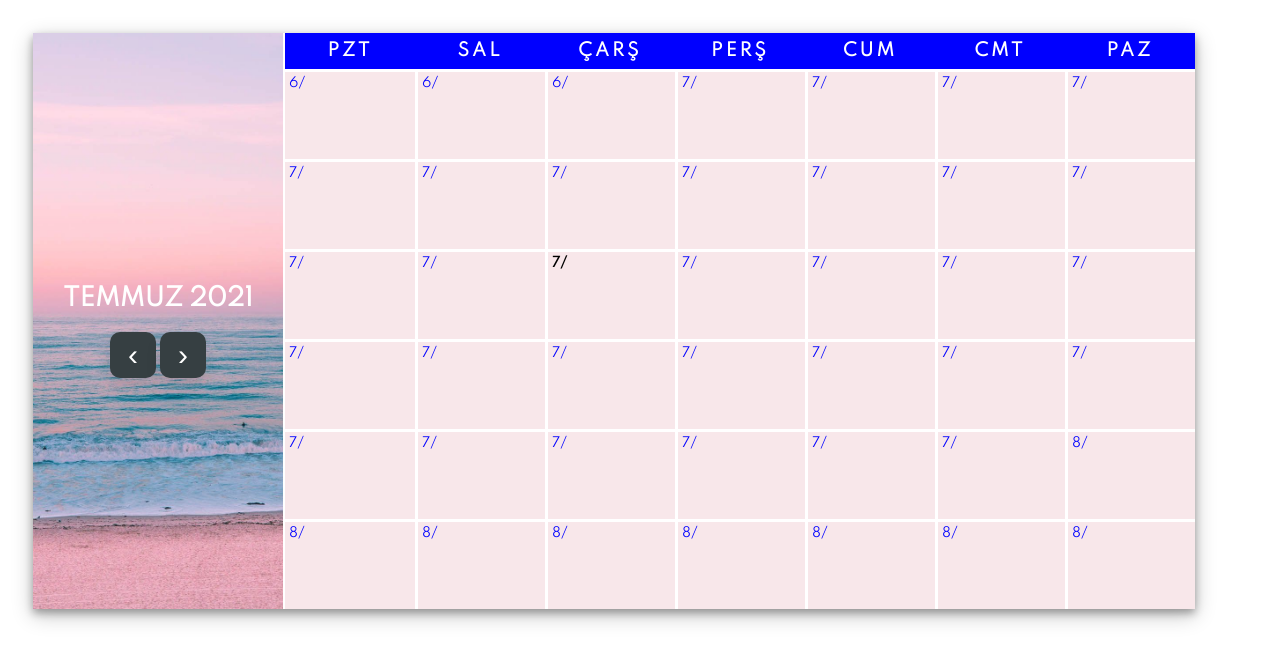
Repository: ahmetbugraozcan/javascript-calendar
Page: tablo.html
These files come from the project's save history. The page is drawn as it stood at one moment and after the next save; the edit follows.
The browser window is 1280 px wide. The pictures show the whole page.

Above is the page before, as saved 2021-07-14 12:50:25.

### tablo.html
<!DOCTYPE html>
<html lang="en">

<head>
    <link href='https://fonts.googleapis.com/css?family=Spartan' rel='stylesheet' type='text/css'>

    <meta charset="UTF-8">
    <meta http-equiv="X-UA-Compatible" content="IE=edge">
    <meta name="viewport" content="width=device-width, initial-scale=1.0">
    <title>Document</title>
</head>
<!--pazartesi salı çarş... için arrayler oluştur. arraylere göre günleri yerleştir.-->
<!--Veritabanı için dizi içinden kontroledivez. örneğin pazartesi[1] değeri 12 mayıs 2021 e eşitse databasede bununla eşleşen değeri getir
    ardından pazartesi[1] e eşdeğer olan id'li divin içeriği değişecek.-->

<style>
    /*bu rengi rgb(109, 109, 109) deaktifler için  de kullanabiliriz*/
    :root {
        /*üssttekilerden borderi al*/
        --border: 3.8px solid white;
        /* --border: 3.5px solid rgb(109, 109, 109);  */
        --backgroundcolor: #F8E7EA;
        /* --containercolor: #cc3c37; */
        /* --containercolor: rgb(196, 180, 180); */
        --containercolor: white;
    }

    body {
        font-family: 'Spartan', sans-serif;
    }

    * {
        box-sizing: border-box;
    }

    .days {
        background-color: blue;
        padding: 8px;
        color: white;
        letter-spacing: 3px;
        font-weight: bold;
        font-size: 17px;

    }

    .days,
    h2 {

        text-align: center;
    }


    .cell-last {

        border: none;
    }

    .cell-top {

        border-top: var(--border);
    }

    .button {
        /* butonları uzaklaştırıyor margin: 10px; */
        box-shadow: 0px white;
        font-size: 30px;
        background-color: #363f42;
        /* Green */
        border: none;
        border-radius: 10px;
        color: white;
        padding: 6px 18px;
        text-align: center;
        text-decoration: none;
        display: inline-block;
        box-shadow: 0px 8px 15px rgba(0, 0, 0, 0.1);
        transition: all 0.3s ease 0s;
        cursor: pointer;
    }

    .button:hover {
        background-color: #dce0dc;
        color: black;
        box-shadow: 0px 15px 20px rgba(209, 228, 220, 0.4);

        transform: translateY(-7px);
    }

    /* her hücre*/
    .cell,
    .cell-top,
    .cell-last {
        padding: 4px;
        cursor: pointer;
        background-color: var(--backgroundcolor);
        color: black;
        text-align: left;
        font-size: 13px;
        padding-right: 5px;
        text-overflow: clip;
        white-space: nowrap;
        overflow: hidden;
        border-top: var(--border);
        border-left: var(--border);
        width: 130px;
        height: 90px;
    }


    /*tablonun kendisi*/
    .calendar {

        box-shadow: 0 4px 8px 0 rgba(0, 0, 0, 0.3), 0 6px 20px 0 rgba(0, 0, 0, 0.24);
        margin: 25px;
        /* padding-right: 20px; #f26430; */
        overflow: hidden;
        display: flex;
        width: fit-content;
        background-color: var(--containercolor);
    }


    .container {
        align-content: center;
        align-self: center;
        display: flex;
        width: fit-content;
        flex-direction: row;
    }

    .not-defteri-header {

        justify-content: center;
        flex-direction: row;
        display: flex;
        align-items: center;
    }

    .calendar-header {
        /*default*/
        /* background-image: url('/images/ilkbahar.jpg'); */
        color: rgb(255, 255, 255);
        background-size: cover;
        margin-right: 2px;
        justify-content: center;
        width: 250px;
        flex-direction: column;
        display: flex;
        align-items: center;
    }

    .not-defteri {
        display: none;
        background-color: red;
        width: 350px;
    }
</style>

<body>

    <span class="container">
        <div class="calendar">
            <div class="calendar-header", id="calendar-header">
                <div>
                    <h2 id="currentDate"></h2>
                </div>
                <div>
                    <span>
                        <button type="button" class="button" id="next-button" onclick="previousDate()">
                            &#8249
                        </button>
                    </span>
                    <span>
                        <button class="button" id="previous-button" type="button" onclick="nextDate()">
                            &#8250
                        </button>
                    </span>
                </div>



            </div>
            <div>
                <div>
                    <div class="days">PZT</div>
                </div>
                <div class="cell-top" style="border-left: none;" id="pazartesi0">1</div>
                <div class="cell" style="border-left: none;" id="pazartesi1">1</div>
                <div class="cell" style="border-left: none;" id="pazartesi2">1</div>
                <div class="cell" style="border-left: none;" id="pazartesi3">1</div>
                <div class="cell" style="border-left: none;" id="pazartesi4">1</div>
                <div style="border-bottom: none; border-left: none;" class="cell" id="pazartesi5">1</div>
            </div>
            <div>
                <div>
                    <div class="days">SAL</div>
                </div>
                <div class="cell-top" id="sali0">1</div>
                <div class="cell" id="sali1">1</div>
                <div class="cell" id="sali2">1</div>
                <div class="cell" id="sali3">1</div>
                <div class="cell" id="sali4">1</div>
                <div style="border-bottom: none;" class="cell" id="sali5">1</div>
            </div>
            <div>
                <div>
                    <div class="days">ÇARŞ</div>
                </div>
                <div class="cell-top" id="carsamba0">1</div>
                <div class="cell" id="carsamba1">1</div>
                <div id="carsamba2" class="cell">1</div>
                <div id="carsamba3" class="cell">1</div>
                <div id="carsamba4" class="cell">1</div>
                <div style="border-bottom: none;" id="carsamba5" class="cell">1</div>
            </div>
            <div>
                <div>
                    <div class="days">PERŞ</div>
                </div>
                <div class="cell-top" id="persembe0">1</div>
                <div class="cell" id="persembe1">1</div>
                <div id="persembe2" class="cell">1</div>
                <div id="persembe3" class="cell">1</div>
                <div id="persembe4" class="cell">1</div>
                <div style="border-bottom: none;" id="persembe5" class="cell">1</div>
            </div>
            <div>
                <div>
                    <div class="days">CUM</div>
                </div>
                <div class="cell-top" id="cuma0">1</div>
                <div class="cell" id="cuma1">1</div>
                <div id="cuma2" class="cell">1</div>
                <div id="cuma3" class="cell">1</div>
                <div id="cuma4" class="cell">1</div>
                <div style="border-bottom: none;" id="cuma5" class="cell">1</div>
            </div>
            <div>
                <div>
                    <div class="days">CMT</div>
                </div>
                <div class="cell-top" id="cumartesi0">1</div>
                <div class="cell" id="cumartesi1">1</div>
                <div class="cell" id="cumartesi2">1</div>
                <div class="cell" id="cumartesi3">1</div>
                <div class="cell" id="cumartesi4">1</div>
                <div style="border-bottom: none;" class="cell" id="cumartesi5">1</div>

            </div>
            <div>

                <div>
                    <div class="days">PAZ</div>
                </div>
                <div id="pazar0" class="cell-top">1</div>
                <div id="pazar1" class="cell-last">1</div>
                <div id="pazar2" class="cell-last">1</div>
                <div id="pazar3" class="cell-last">1</div>
                <div id="pazar4" class="cell-last">1</div>
                <div style="border-bottom: none;" id="pazar5" class="cell-last">1</div>
            </div>
        </div>
        <div id="not-defteri" class="not-defteri">
            <div class="not-defteri-header">
                <h1>Yapılacaklar</h1>
                <button onclick="disableNotePad()">Kapat</button>
            </div>
            <div id="not-defteri-1"></div>
            <div id="not-defteri-2"></div>

        </div>
    </span>

    </body>

    <script src="takvim.js">
    </script>



</html>

### takvim.js
function daysInMonth(month, year) {
    return new Date(year, month, 0).getDate();
}


var currentDate = new Date();
var pazartesi = [];
var sali = [];
var carsamba = [];
var persembe = [];
var cuma = [];
var cumartesi = [];
var pazar = [];
var gunler = ["pazar", "pazartesi", "sali", "carsamba", "persembe", "cuma", "cumartesi"];
var baslanacakDate = new Date(currentDate.getFullYear(), currentDate.getMonth(), 1);
var currentMonth = baslanacakDate.getMonth();
var currentYear = baslanacakDate.getFullYear();

// document.getElementById("previous-button").onclick = previousDate();
// document.getElementById("next-button").onclick = nextDate();

fillCalendar();




function fillCalendar() {

    var firstDate = baslanacakDate.getDay();
    if (firstDate == 0) {
        firstDate = 7;
    }
    baslanacakDate.setDate((baslanacakDate.getDate()) - (firstDate));
    // var today = new Date();
    // var todayWithoutTime = new Date(today.getFullYear(), today.getMonth(), today.getDate() );



    for (let i = 1; i <= 42; i++) {
        baslanacakDate.setDate((baslanacakDate.getDate()) + (1));
        // bir tabloda 42 gün var o ayın kaç çektiğini bul bu aydan geriye kaç sayacağız ona bul bu aydan ileri kaç sayacağız onu bul ve ona göre bir date oluştur.
        //ardından bu for döngüsünü kullan

        // if(baslanacakDate.toDateString() ==  todayWithoutTime.toDateString()){
        //     console.log("bugün eşitlendi : " + i);
        //     counter = i;
        // }

        switch (baslanacakDate.getDay()) {
            case 0:
                pazar.push(baslanacakDate.toLocaleDateString());

                break;
            case 1:
                pazartesi.push(baslanacakDate.toLocaleDateString());
                break;
            case 2:
                sali.push(baslanacakDate.toLocaleDateString());
                break;
            case 3:
                carsamba.push(baslanacakDate.toLocaleDateString());
                break;

            case 4:
                persembe.push(baslanacakDate.toLocaleDateString());
                break;

            case 5:
                cuma.push(baslanacakDate.toLocaleDateString());
                break;

            case 6:
                cumartesi.push(baslanacakDate.toLocaleDateString());
                break;
        }
    }


    document.getElementById("currentDate").innerHTML = getMonthAsString(currentMonth) + " " + currentYear;
    for (let i = 0; i < 6; i++) {
        document.getElementById(`pazar${i}`).innerHTML = getDayAsString(pazar[i]);

        document.getElementById(`pazartesi${i}`).innerHTML = getDayAsString(pazartesi[i]);
        document.getElementById(`sali${i}`).innerHTML = getDayAsString(sali[i]);
        document.getElementById(`carsamba${i}`).innerHTML = getDayAsString(carsamba[i]);
        document.getElementById(`persembe${i}`).innerHTML = getDayAsString(persembe[i]);
        document.getElementById(`cuma${i}`).innerHTML = getDayAsString(cuma[i]);
        document.getElementById(`cumartesi${i}`).innerHTML = getDayAsString(cumartesi[i]);

        document.getElementById(`pazar${i}`).style.color = "#0000FF";
        document.getElementById(`pazar${i}`).style.fontWeight = "500";

        document.getElementById(`pazartesi${i}`).style.color = "#0000FF";
        document.getElementById(`pazartesi${i}`).style.fontWeight = "500";

        document.getElementById(`sali${i}`).style.color = "#0000FF";
        document.getElementById(`sali${i}`).style.fontWeight = "500";

        document.getElementById(`carsamba${i}`).style.color = "#0000FF";
        document.getElementById(`carsamba${i}`).style.fontWeight = "500";

        document.getElementById(`persembe${i}`).style.color = "#0000FF";
        document.getElementById(`persembe${i}`).style.fontWeight = "500";

        document.getElementById(`cuma${i}`).style.color = "#0000FF";
        document.getElementById(`cuma${i}`).style.fontWeight = "500";

        document.getElementById(`cumartesi${i}`).style.color = "#0000FF";
        document.getElementById(`cumartesi${i}`).style.fontWeight = "500";

        document.getElementById(`pazar${i}`).onclick = function (event) {
            testfunc(`pazar${i}`);
        }
        document.getElementById(`pazartesi${i}`).onclick = function (event) {
            testfunc(`pazartesi${i}`);
        }
        document.getElementById(`sali${i}`).onclick = function (event) {
            testfunc(`sali${i}`);
        }
        document.getElementById(`carsamba${i}`).onclick = function (event) {
            testfunc(`carsamba${i}`);
        }
        document.getElementById(`persembe${i}`).onclick = function (event) {
            testfunc(`persembe${i}`);
        }

        document.getElementById(`cuma${i}`).onclick = function (event) {
            testfunc(`cuma${i}`);
        }
        document.getElementById(`cumartesi${i}`).onclick = function (event) {
            testfunc(`cumartesi${i}`);
        }


        if (pazar[i] == currentDate.toLocaleDateString()) {

            document.getElementById(`pazar${i}`).style.color = "black";
            document.getElementById(`pazar${i}`).style.fontWeight = "bold";
        } else if (pazartesi[i] == currentDate.toLocaleDateString()) {

            document.getElementById(`pazartesi${i}`).style.color = "black";
            document.getElementById(`pazartesi${i}`).style.fontWeight = "bold";
        } else if (sali[i] == currentDate.toLocaleDateString()) {

            document.getElementById(`sali${i}`).style.color = "black";
            document.getElementById(`sali${i}`).style.fontWeight = "bold";
        } else if (carsamba[i] == currentDate.toLocaleDateString()) {
            document.getElementById(`carsamba${i}`).style.fontWeight = "bold";
            document.getElementById(`carsamba${i}`).style.color = "black";
        } else if (persembe[i] == currentDate.toLocaleDateString()) {
            document.getElementById(`persembe${i}`).style.fontWeight = "bold";
            document.getElementById(`persembe${i}`).style.color = "black";
        } else if (cuma[i] == currentDate.toLocaleDateString()) {
            document.getElementById(`cuma${i}`).style.fontWeight = "bold";
            document.getElementById(`cuma${i}`).style.color = "black";
        } else if (cumartesi[i] == currentDate.toLocaleDateString()) {
            document.getElementById(`cumartesi${i}`).style.fontWeight = "bold";
            document.getElementById(`cumartesi${i}`).style.color = "black";
        }


        //-----------------------------------------------------------------
        // if (!isFromThisMonth(pazar[i])) {
        //     document.getElementById(`pazar${i}`).style.backgroundColor = "white";
        // } else {
        //     document.getElementById(`pazar${i}`).style.backgroundColor = "#303536"
        // }
        // if (!isFromThisMonth(pazartesi[i])) {
        //     document.getElementById(`pazartesi${i}`).style.backgroundColor = "white";
        // } else {
        //     document.getElementById(`pazartesi${i}`).style.backgroundColor = "#303536"
        // }
        // if (!isFromThisMonth(sali[i])) {
        //     document.getElementById(`sali${i}`).style.backgroundColor = "white";
        // } else {
        //     document.getElementById(`sali${i}`).style.backgroundColor = "#303536"
        // }
        // if (!isFromThisMonth(carsamba[i])) {
        //     document.getElementById(`carsamba${i}`).style.backgroundColor = "white";
        // } else {
        //     document.getElementById(`carsamba${i}`).style.backgroundColor = "#303536"
        // }
        // if (!isFromThisMonth(persembe[i])) {
        //     document.getElementById(`persembe${i}`).style.backgroundColor = "white";
        // } else {
        //     document.getElementById(`persembe${i}`).style.backgroundColor = "#303536"
        // }
        // if (!isFromThisMonth(cuma[i])) {
        //     document.getElementById(`cuma${i}`).style.backgroundColor = "white";
        // } else {
        //     document.getElementById(`cuma${i}`).style.backgroundColor = "#303536"
        // }
        // if (!isFromThisMonth(cumartesi[i])) {
        //     document.getElementById(`cumartesi${i}`).style.backgroundColor = "white";
        // } else {
        //     document.getElementById(`cumartesi${i}`).style.backgroundColor = "#303536"
        // }
    }

    setBackgroundImage();

}

//  function isFromThisMonth(yollanandate) {
//         console.log(Date(pazar[0]));
//         if (Date(yollanandate).getMonth() != currentMonth) {
//             return false;
//         } else {
//             return true;
//         }
//     }
function disableNotePad() {
    var notePad = document.getElementById("not-defteri");
    notePad.style.display = "none";
}

function testfunc(text) {
    var list = document.getElementById("not-defteri");
    var paragraf1 = document.getElementById("not-defteri-1");
    var paragraf2 = document.getElementById("not-defteri-2");
    list.style.display = "block";
    paragraf1.innerHTML = `${text}`;
    paragraf2.innerHTML = `${text}`;
    // while (list.hasChildNodes()) {
    //     list.removeChild(list.firstChild);
    // }
    // var element = document.createElement("div"); // Create a <p> node
    // var yapilacaklar= document.createTextNode(`${text}-${currentMonth}-${currentYear}  yapılacaklar`);


    // var x = document.createElement("div"); // Create a <p> node
    // var t = document.createTextNode(`${text}`);
    // element.appendChild(yapilacaklar);
    // x.appendChild(t);
    // list.appendChild(element);
    // list.appendChild(x);

    //databaseye birşeyler eklerken key olarak bu text değeri + yıl ay olarak ekleriz örneğin pazartesi[4] value olarak da valuesunu yollarız ve çekerken de bu key değerine göre çekeriz

}

function previousDate() {

    pazar = [];
    pazartesi = [];
    sali = [];
    carsamba = [];
    persembe = [];
    cuma = [];
    cumartesi = [];
    if (currentMonth > 0) {
        currentMonth--;
    } else {
        currentMonth = 11;
        currentYear--;
    }
    baslanacakDate = new Date(currentYear, currentMonth, 1);
    fillCalendar();


}

function getDayAsString(string) {
    var donulecekString = "";
    if (string[0] == 0) {} else {
        donulecekString += string[0];
    }
    donulecekString += string[1];
    return donulecekString;
}





function getMonthAsString(date) {
    switch (date) {
        case 0:
            return "OCAK";
        case 1:
            return "ŞUBAT";
        case 2:
            return "MART";
        case 3:
            return "NİSAN";
        case 4:
            return "MAYIS";
        case 5:
            return "HAZİRAN";
        case 6:
            return "TEMMUZ";
        case 7:
            return "AĞUSTOS";
        case 8:
            return "EYLÜL";
        case 9:
            return "EKİM";
        case 10:
            return "KASIM";
        case 11:
            return "ARALIK";
    }
}

function setBackgroundImage() {
    var doc = document.getElementById("calendar-header");
    console.log("bu ay : " + currentMonth)


    switch (currentMonth) {
        // case 6:
        //     console.log("tekli girdik");
        //     document.getElementById("calendar-header").style.backgroundImage= "url('/images/yaz.jpg')";
        // break;
        case 11:
        case 0:
        case 1:
            console.log("kis durumuna girdik");
            doc.style.backgroundImage = "url('/images/kis.png')";
            break;
        case 2:
        case 3:
        case 4:
            console.log("ilkbahar durumuna girdik");
            doc.style.backgroundImage = "url('/images/ilkbahar.jpg')";
            break;
        case 5:
        case 6:
        case 7:
            console.log("yaz durumuna girdik");
            doc.style.backgroundImage = "url('/images/yaz.jpg')";
            break;
        case 8:
        case 9:
        case 10:
            console.log("sonbahar durumuna girdik");
            doc.style.backgroundImage = "url('/images/sonbahar.jpg')";
            break;

    }
}

function nextDate() {

    pazar = [];
    pazartesi = [];
    sali = [];
    carsamba = [];
    persembe = [];
    cuma = [];
    cumartesi = [];
    if (currentMonth < 11) {
        currentMonth++;
    } else {
        currentMonth = 0;
        currentYear++;
    }
    baslanacakDate = new Date(currentYear, currentMonth, 1);
    fillCalendar();

}

After the next save:
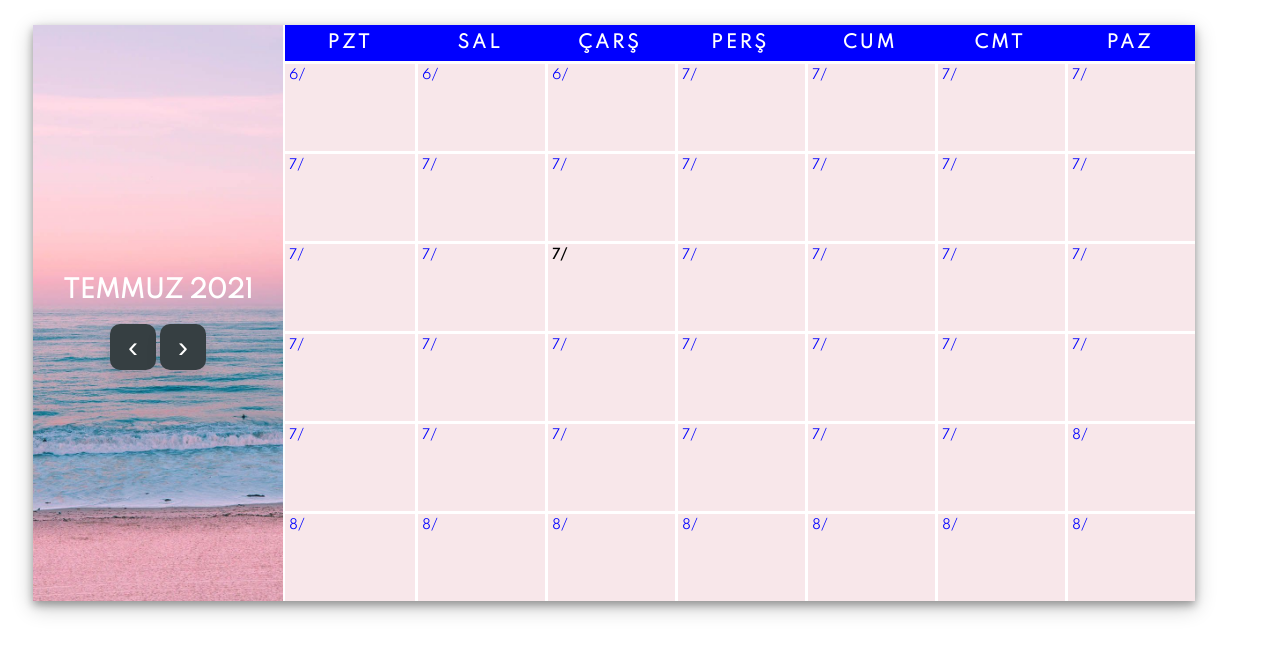
Saved 56 s later.
--- a/tablo.html
+++ b/tablo.html
@@ -121,9 +121,8 @@
 
 
     .container {
-        align-content: center;
-        align-self: center;
-        display: flex;
+
+        display: block;
         width: fit-content;
         flex-direction: row;
     }

After the 5 saves that followed:
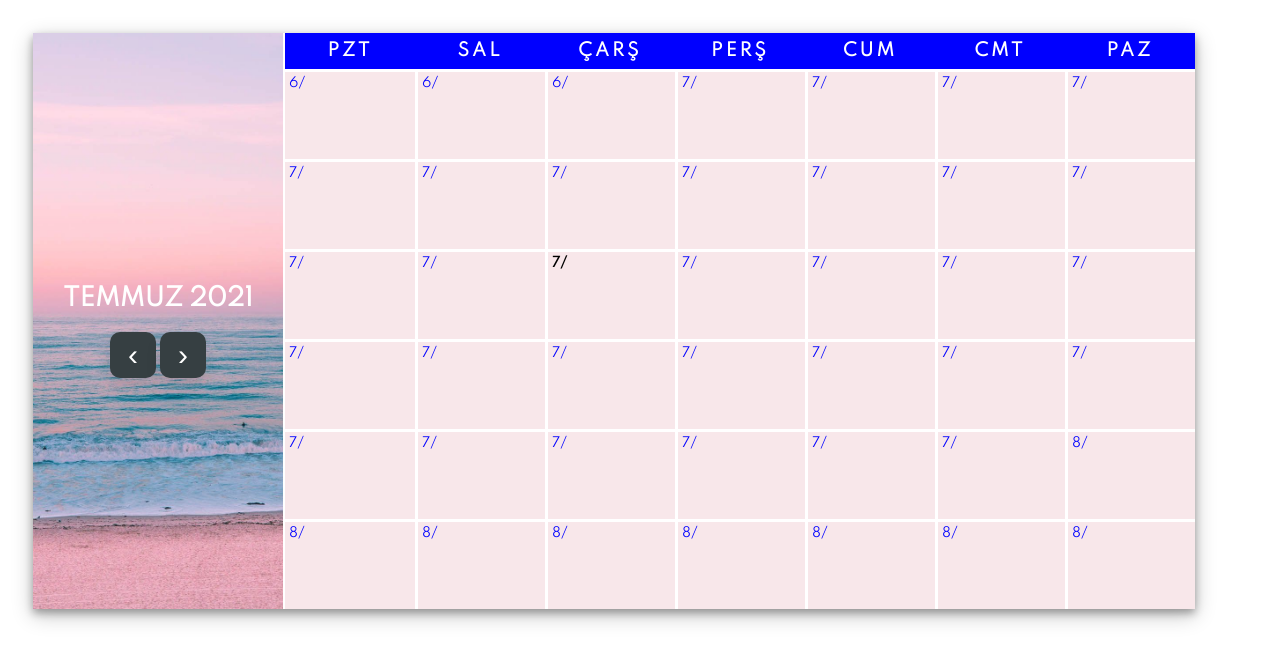
The 5 saves are shown as one change because 3 left the picture as it was and some came seconds apart.
The last was saved 39 s later.
--- a/tablo.html
+++ b/tablo.html
@@ -122,7 +122,7 @@
 
     .container {
 
-        display: block;
+        display: flex;
         width: fit-content;
         flex-direction: row;
     }
